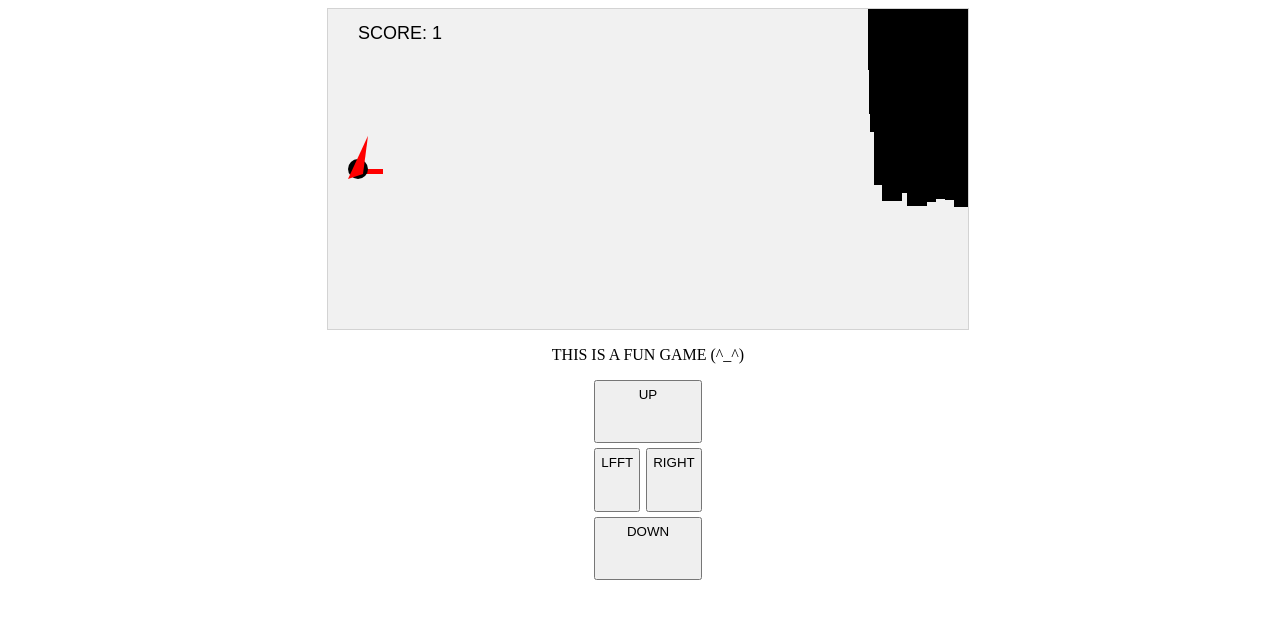
Repository: 0971638569/Game-javascript-canvas
Page: game-JAVASCRIPTS-HTML-CSS-CANVAS/index.html
An editor plug-in stored every save of this project. The page is shown before and after the next save, followed by the edit.
The browser window is 1280 px wide. The page is 1288 px wide, so the pictures cover 1288 px, including what lies to the right of the window. The pictures show the whole page.

Above is the page before, as saved 2022-11-16 17:34:20.

After the next save:
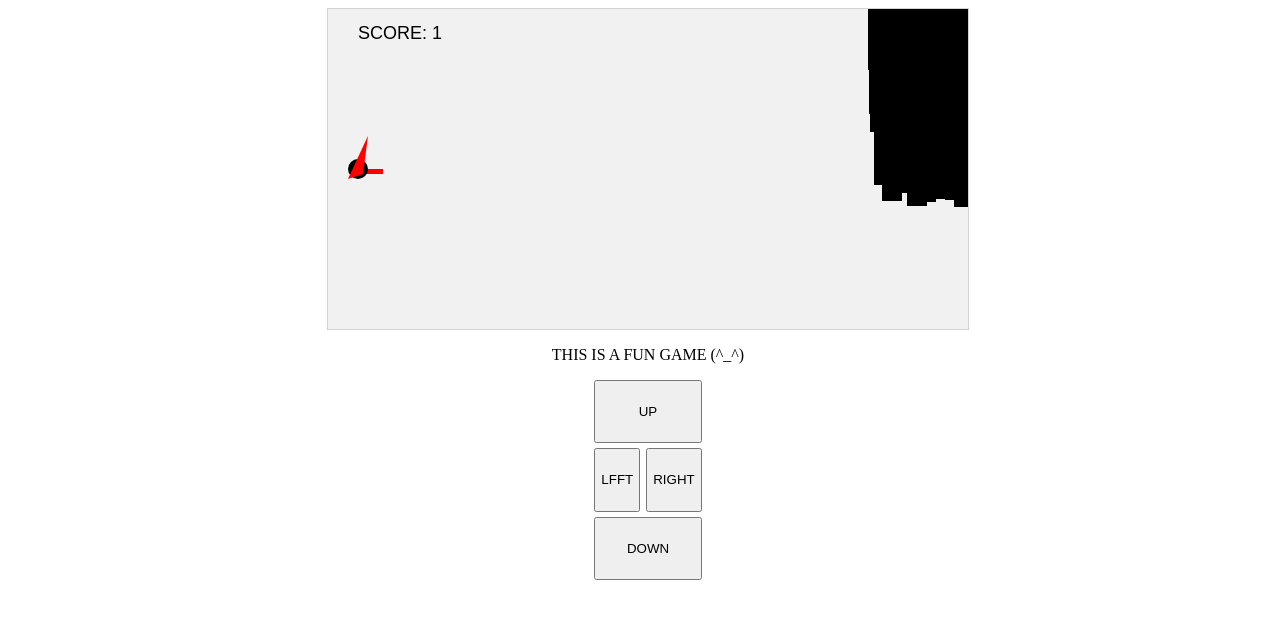
Saved 75 s later.
--- a/game-JAVASCRIPTS-HTML-CSS-CANVAS/styles.css
+++ b/game-JAVASCRIPTS-HTML-CSS-CANVAS/styles.css
@@ -17,8 +17,8 @@ button {
     display: flex;
     flex-direction: column;
     align-items: center;
+    justify-content: center;
     padding: 5px;
-    text-align: center;
 }
 
 #button {
